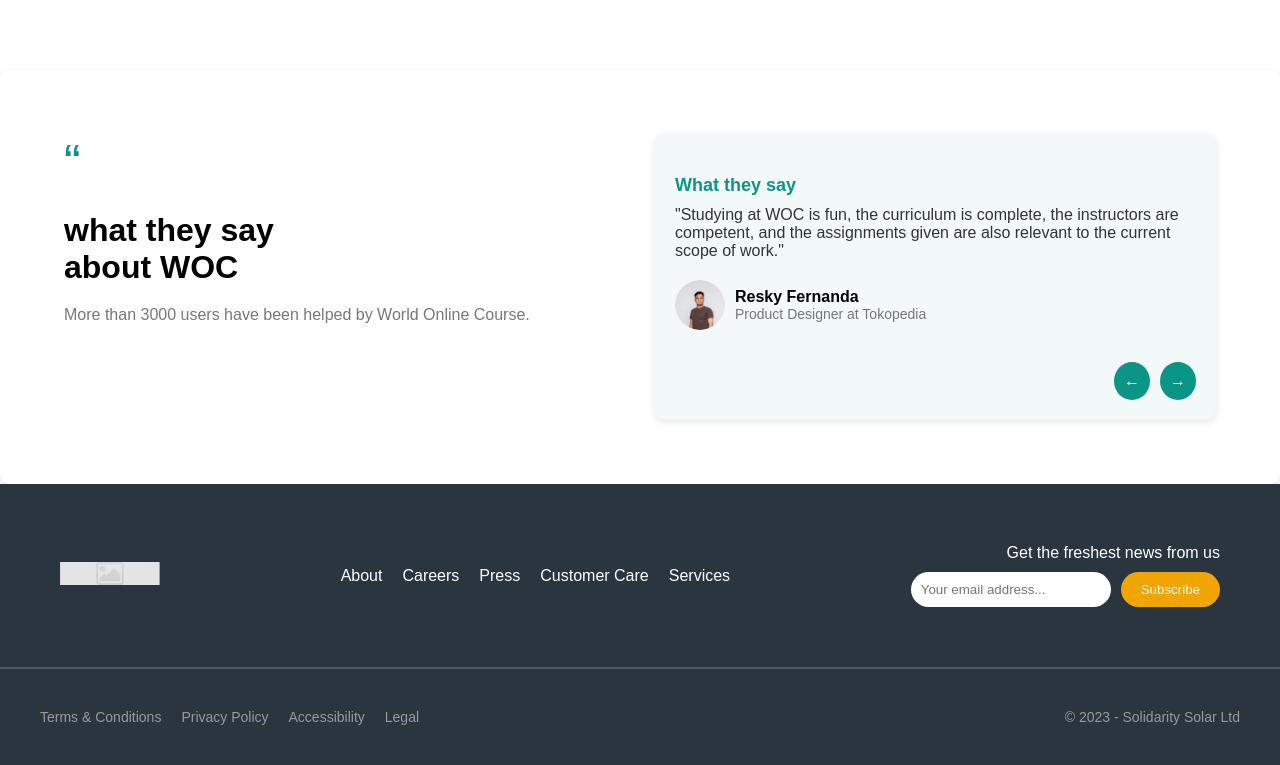
Repository: MaramNabil872/Landing-Page
Page: landingPage.html
An editor plug-in stored every save of this project. The page is shown before and after the next save, followed by the edit.
The browser window is 1280 px wide. The pictures show the part of the page from y = 4333 to 5142 px (the page is 5098 px tall before and 5142 px after).
A picture or video elsewhere on the page could not be fetched, so the positions and the page height are approximate.

Above is the page before, as saved 2024-10-22 16:12:04.

After the next save:
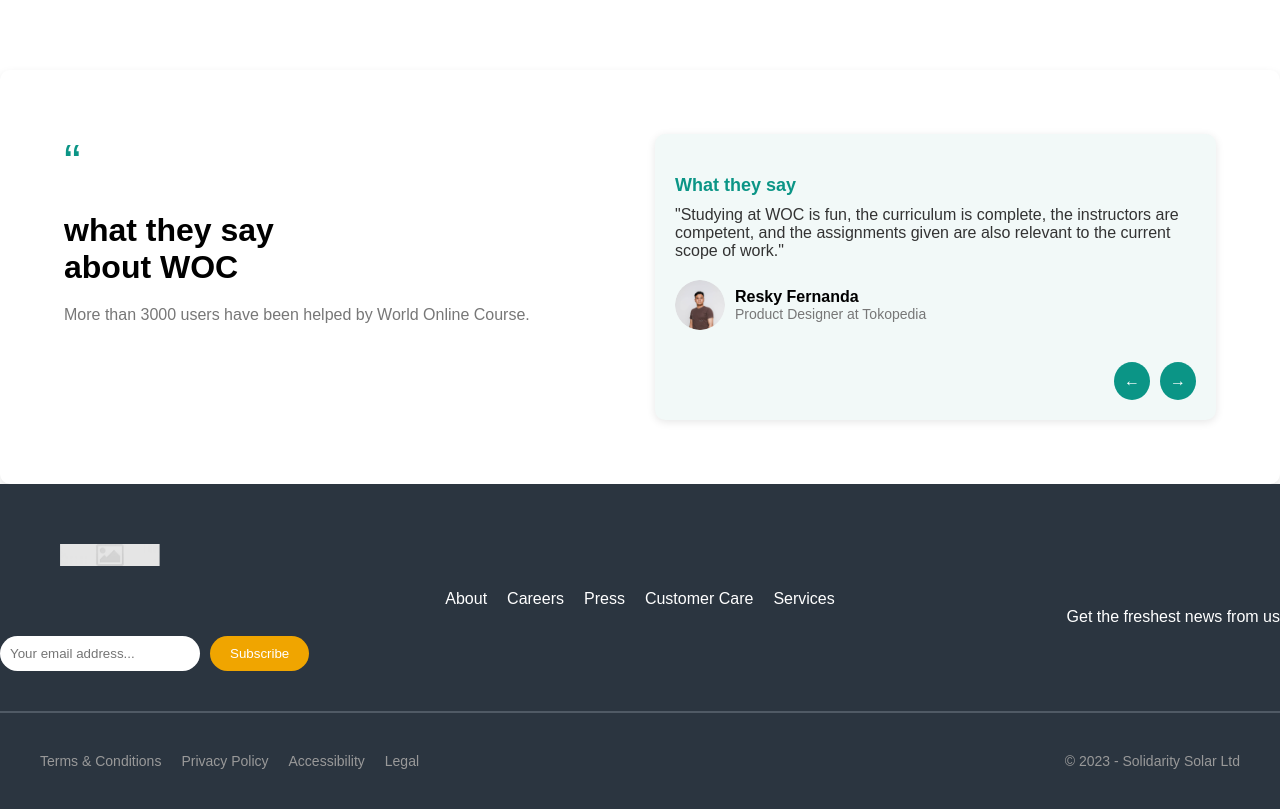
Saved 7 s later.
--- a/landingPage.html
+++ b/landingPage.html
@@ -361,6 +361,7 @@
 
           <footer class="footer">
             <div class="footer-container">
+                <footer
                 <div class="footer-left">
                     <img src="images/image 9.png" alt="Company Logo" class="footer-logo">
                 </div>

After the save that followed:
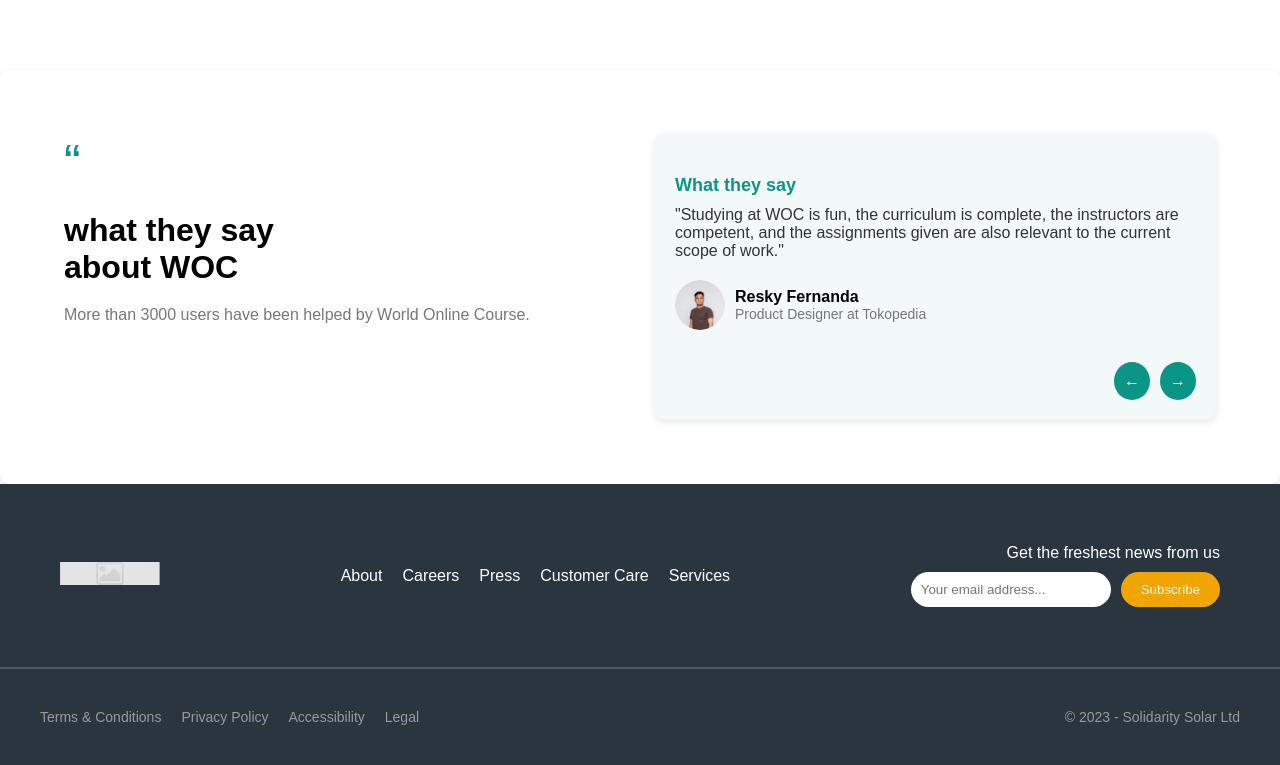
Saved 5 s later.
--- a/landingPage.html
+++ b/landingPage.html
@@ -361,7 +361,7 @@
 
           <footer class="footer">
             <div class="footer-container">
-                <footer
+                <div></div>
                 <div class="footer-left">
                     <img src="images/image 9.png" alt="Company Logo" class="footer-logo">
                 </div>
